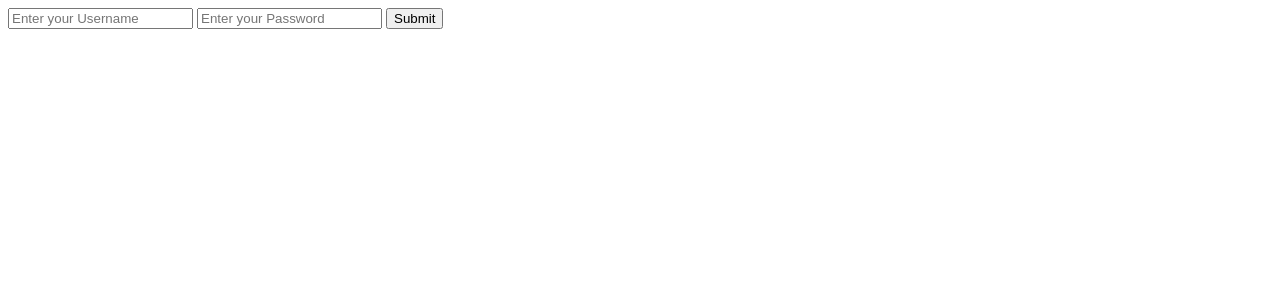
Repository: HoangDuy315/web-dev2022
Page: hw151022/ex2/ex2.1/index.html
These files come from the project's save history. The page is drawn as it stood at one moment and after the next save; the edit follows.
The browser window is 1280 px wide. The pictures show the whole page.

Above is the page before, as saved 2022-10-15 14:54:41.

### hw151022/ex2/ex2.1/index.html
<!DOCTYPE html>

<html lang="en">
  <head>
    <title>
      Use javascript to create a submit button. After that changing the text on
      it
    </title>
  </head>

  <body>
    <form id="form" style="flex-direction: column">
      <!-- Input Fields -->

      <input
        type="text"
        name="username"
        id="username"
        placeholder="Enter your Username"
      />

      <input
        type="password"
        name="password"
        id="password"
        placeholder="Enter your Password"
      />

      <!-- when clicked on the below button, the form will be submitted -->

      <button type="submit">Submit</button>
    </form>

    <script src="./index.js"></script>
  </body>
</html>

### hw151022/ex2/ex2.1/index.js
var Dform = document.getElementById("form");
var username = document.getElementById("username").value;

var password = document.getElementById("password").value;
var Dform = document.getElementById("form");
// Event listener that listens for submit event
Dform.addEventListener("submit", function (e) {
  e.preventDefault();
  // retrieve values
  var username = document.getElementById("username").value;
  var password = document.getElementById("password").value;

  // validate username and password fields
  if (username == "" || password == "") {
    alert("Please Fill all required fields");
  } else {
    alert("submited are successfulfly!!!");
  }
});

After the next save:
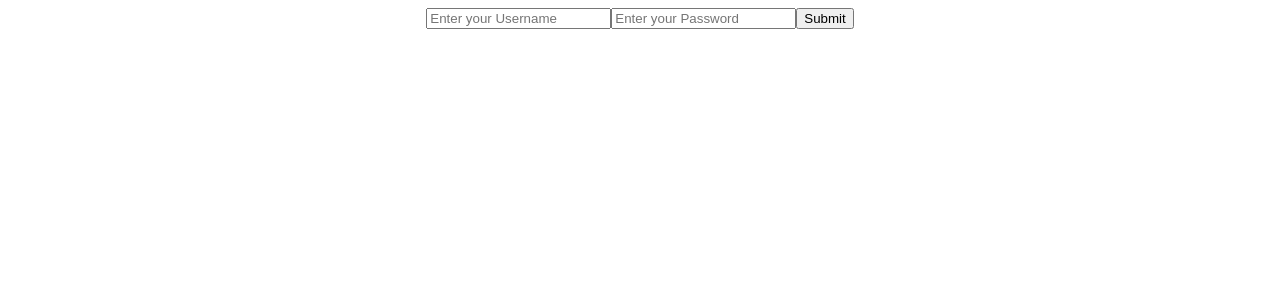
Saved 23 s later.
--- a/hw151022/ex2/ex2.1/index.html
+++ b/hw151022/ex2/ex2.1/index.html
@@ -9,7 +9,10 @@
   </head>
 
   <body>
-    <form id="form" style="flex-direction: column">
+    <form
+      id="form"
+      style="display: flex; align-items: center; justify-content: center"
+    >
       <!-- Input Fields -->
 
       <input

After the 2 saves that followed:
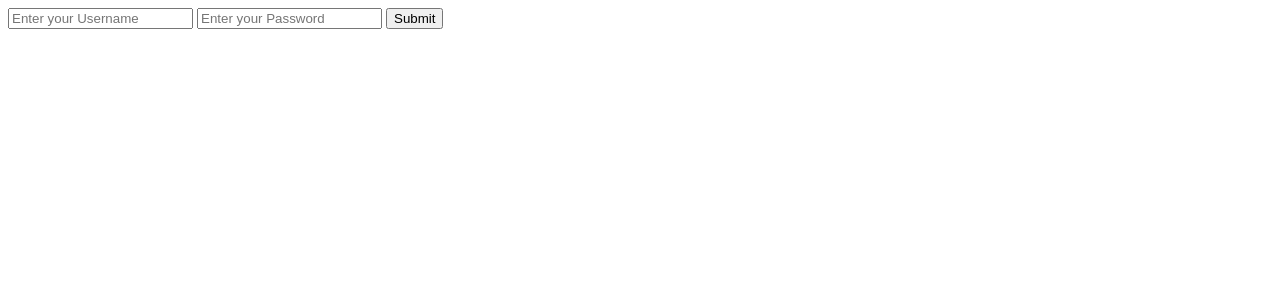
The 2 saves are shown as one change because 1 left the picture as it was.
The last was saved 61 s later.
--- a/hw151022/ex2/ex2.1/index.html
+++ b/hw151022/ex2/ex2.1/index.html
@@ -2,6 +2,7 @@
 
 <html lang="en">
   <head>
+    <link rel="stylesheet" href="./index.css" />
     <title>
       Use javascript to create a submit button. After that changing the text on
       it
@@ -9,10 +10,7 @@
   </head>
 
   <body>
-    <form
-      id="form"
-      style="display: flex; align-items: center; justify-content: center"
-    >
+    <form id="form" class="form">
       <!-- Input Fields -->
 
       <input
